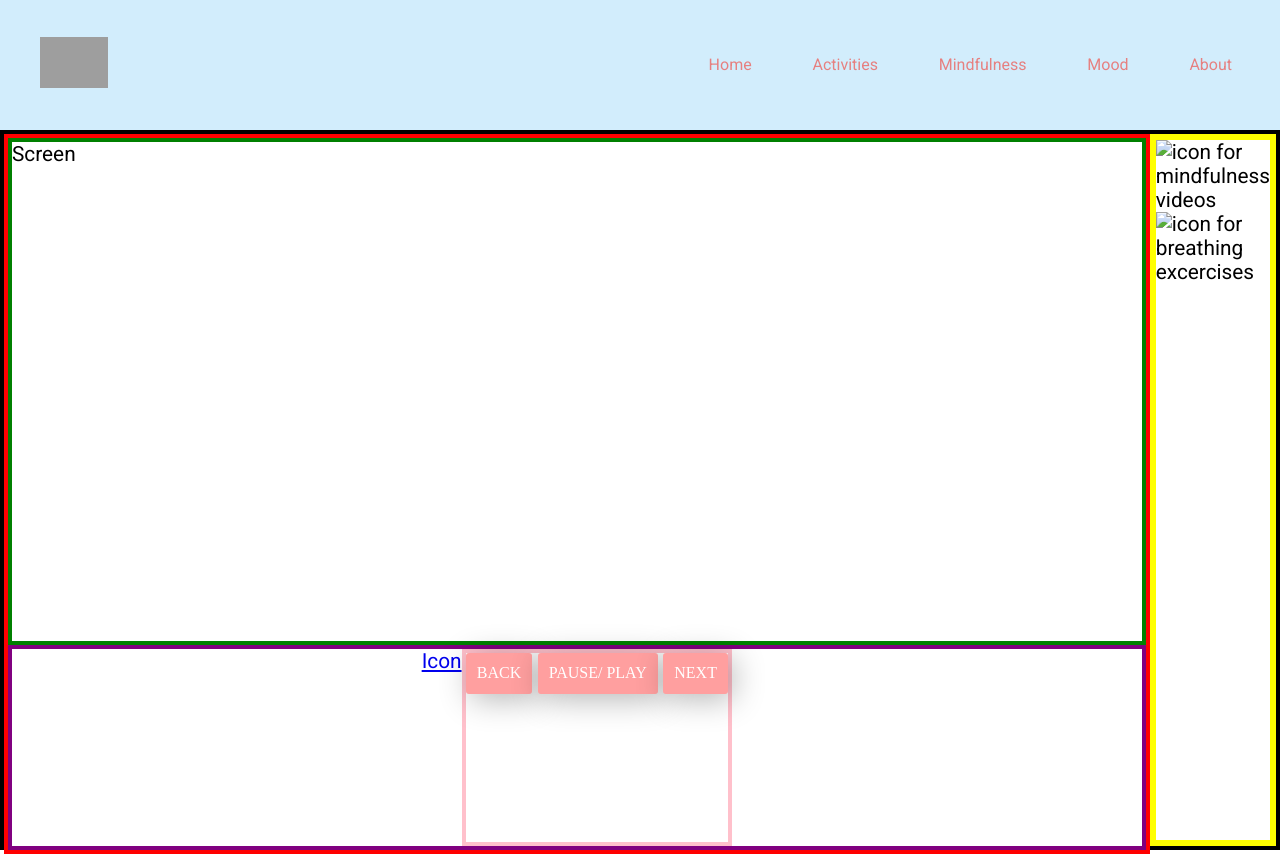
Repository: Nafisa-Huda/HealthierMind
Page: public/mindfulness.html
The author's editor kept a copy of each file at every save. The page is drawn from the files as they stood at one save, then again after the next save.
The browser window is 1280 px wide. The pictures show the whole page.
Pictures or frames that could not be fetched are drawn as grey boxes. Some web fonts or font styles are not loaded; a fallback is used.

Above is the page before, as saved 2022-07-16 13:35:33.

### public/mindfulness.html
<!DOCTYPE html>
<html lang="en">

<head>
    <meta charset="UTF-8">
    <meta http-equiv="X-UA-Compatible" content="IE=edge">
    <meta name="viewport" content="width=device-width, initial-scale=1.0">
    <title>HealthyMind</title>
    <link rel="preconnect" href="https://fonts.googleapis.com">
    <link rel="preconnect" href="https://fonts.gstatic.com" crossorigin>
    <link
        href="https://fonts.googleapis.com/css2?family=Caveat+Brush&family=Fredoka+One&family=Roboto&family=Source+Sans+Pro:wght@300&display=swap"
        rel="stylesheet">
    <link rel="stylesheet" href="https://unpkg.com/swiper@8/swiper-bundle.min.css" />
    <link rel="stylesheet" href="css/mindfulness.css">
</head>

<body>
    <header>
        <div class="container row">
            <a href="index.html"><img class="logo" src="https://i.ibb.co/xLGc6jC/Healthy-Mind-logo.png"
                    alt="healthy-mind-logo"></a>
            <nav class="nav">
                <ul class="nav__list">
                    <li class="nav__item"><a href="index.html" class="nav__link">Home</a></li>
                    <li class="nav__item"><a href="activities.html" class="nav__link">Activities</a></li>
                    <li class="nav__item"><a href="mindfulness.html" class="nav__link">Mindfulness</a></li>
                    <li class="nav__item"><a href="tracker.html" class="nav__link">Mood</a></li>
                    <li class="nav__item"><a href="about.html" class="nav__link">About</a></li>
                </ul>
            </nav>
        </div>
    </header>
    <section>
        <div class="container__video">
            <div class="wrapper">
                <div class="screen"> Screen </div>
                <div class="controls">
                    <span>
                        <a href="parents__info">
                            <!--icon for parents but we'll make it a modal--> Icon
                        </a>
                    </span>
                    <div class="control__panel">
                        <button class="back">back</button>
                        <button class="pauplay"> Pause/ Play </button>
                        <button class="next">Next</button>
                    </div>
                </div>
            </div>
            <div class="sidebar">
                <img src="#" alt="icon for mindfulness videos" />
                <img src="#" alt="icon for breathing excercises" />
            </div>
        </div>
    </section>
    <!-- Slider main container -->
    <!-- <section class="swiper">
    <div class="swiper-wrapper">
      <div class="swiper-slide">Slide 1</div>
      <div class="swiper-slide">Slide 2</div>
      <div class="swiper-slide">Slide 3</div>
    </div>
    <div class="swiper-pagination"></div>
    <div class="swiper-button-prev"></div>
    <div class="swiper-button-next"></div>
</section> -->

    <script src="https://unpkg.com/swiper@8/swiper-bundle.min.js"></script>
    <script src="js/mindfulness.js"></script>
</body>

</html>

### public/css/mindfulness.css
*,
*::before,
*::after {
  box-sizing: border-box;
  margin: 0;
  padding: 0;
}

body {
  max-width: 100%;
  font-family: "Roboto", sans-serif;
  font-size: 1.3rem;
  overflow:hidden;
}
html {
  scroll-behavior: smooth;
  scroll-padding-top: (--scroll-padding, 100px);
}

/*scrollbar*/
::-webkit-scrollbar {
  width: 0.7em;
}
::-webkit-scrollbar-track {
  background: antiquewhite;
}
::-webkit-scrollbar-thumb {
  background: linear-gradient(10deg, #69488a, #f18d8d);
}

header{
  background-color: #d2edfc;
  height: 3%;
}
.container {
  width: 100vw;
  height: 18vh;
  margin: 0 auto;
}
.main {
  height: 100vh;
}

.hero {
  display: flex;
  background-color: #d2edfc;
}
.hero h1 {
  font-family: caveat brush;
  text-align: center;
  margin-top: 0%;
  font-size: 3em;
}

.hero p {
  padding: 0 0.5em;
  margin-top: 0;
  text-align: center;
}

  .hero__text{
    width: 50%;
    margin: 8rem 0 4rem 2rem;
    display: flex;
    flex-direction: column;
    align-items: center;
    justify-content: flex-start;
  }

.row {
  display: flex;
  justify-content: space-between;
  align-items: center;
  width: 100%;
}

.logo {
  width: 15%;
  height: 100%;
  margin-left: 2.5rem;
  margin-right: 1rem;
}

.nav {
    display: flex;
    justify-content: space-between;
    align-items: center;
    max-width: 100%;
}

.nav__list {
  margin: 0;
  list-style: none;
  display: flex;
  align-items: center;
  font-size: 2rem;
}

.nav__item {
  display: flex;
  flex-direction: row;
  padding: 0.8rem;
  padding-right: 3rem;
  /* padding-right: 9rem; */
}
.nav__link {
  text-decoration: none;
  font-size: initial;
  font-weight: 200;
  color: #e68080;
}

.nav__link--button {
  padding: 0.25em 1em;
}

.nav__link:hover {
  opacity: 0.75;
}

.swiper {
    width:60vw;
    height: 70vh;
    margin: 0 auto;
    margin-top: 2rem;
    background-color: rgb(244, 244, 141);
    border-radius: 2rem;
  }
.container__video{
  border: 0.3rem solid black;
  height: 100vh;
  display: flex;
  flex-direction: row;
  width: 100%;
}
.wrapper{
  border: 0.3rem solid red;
  height: 100vh;
  width: 100%;
  display: flex;
  flex-direction: column;
}
.screen{
  border: 0.3rem solid green;
  width: 100%;
  height: 100%;
}
.sidebar{
  border: 0.4rem solid yellow;
  width: 10%;
  display: flex;
  flex-direction: column;
}
.controls{
  border: 0.3rem solid purple;
  width: 100%;
  height: 40%;
  display: flex;
  justify-content: center;
  flex

}
.control__panel{
  border: 0.3rem solid pink;
}
.back,.next,.pauplay{
  background: none;
  border-radius: 0.75rem;
  padding: 0.7rem;
  font-family: caveat brush;
  text-transform: uppercase;
  background: #ff9f9f;
  color: #fff;
  font-size: medium;
  border: none;
  border-radius: 3px;
  cursor: pointer;
  box-shadow:  0.3rem 0.3rem 2rem rgb(0 0 0 / 30%);
  }

  .btn:hover{
    background:#f99292;
  }
}

Loaded but not shown: public/mindfulness.js (common file)

After the next save:
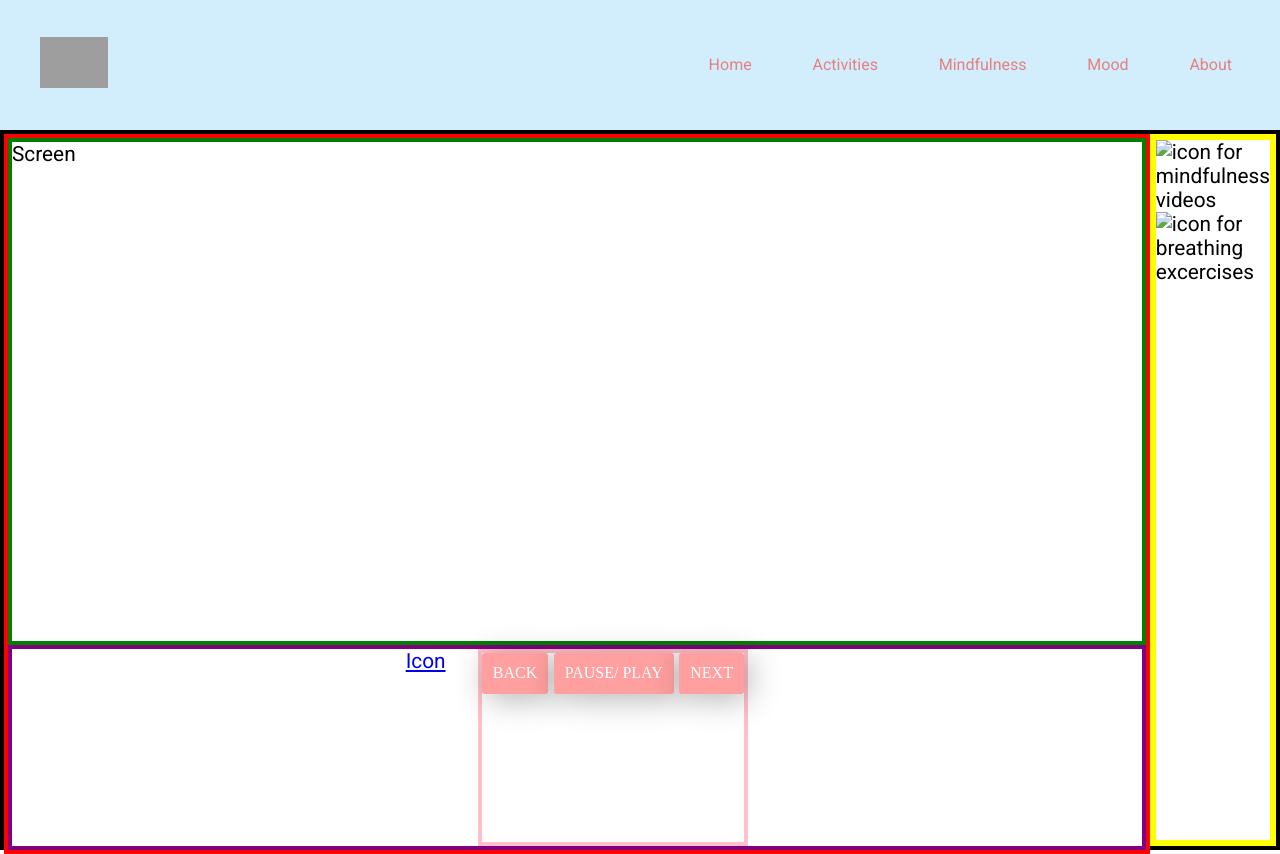
Saved 6 s later.
--- a/public/css/mindfulness.css
+++ b/public/css/mindfulness.css
@@ -157,7 +157,7 @@
   height: 40%;
   display: flex;
   justify-content: center;
-  flex
+  gap: 2rem;
 
 }
 .control__panel{

After the 2 saves that followed:
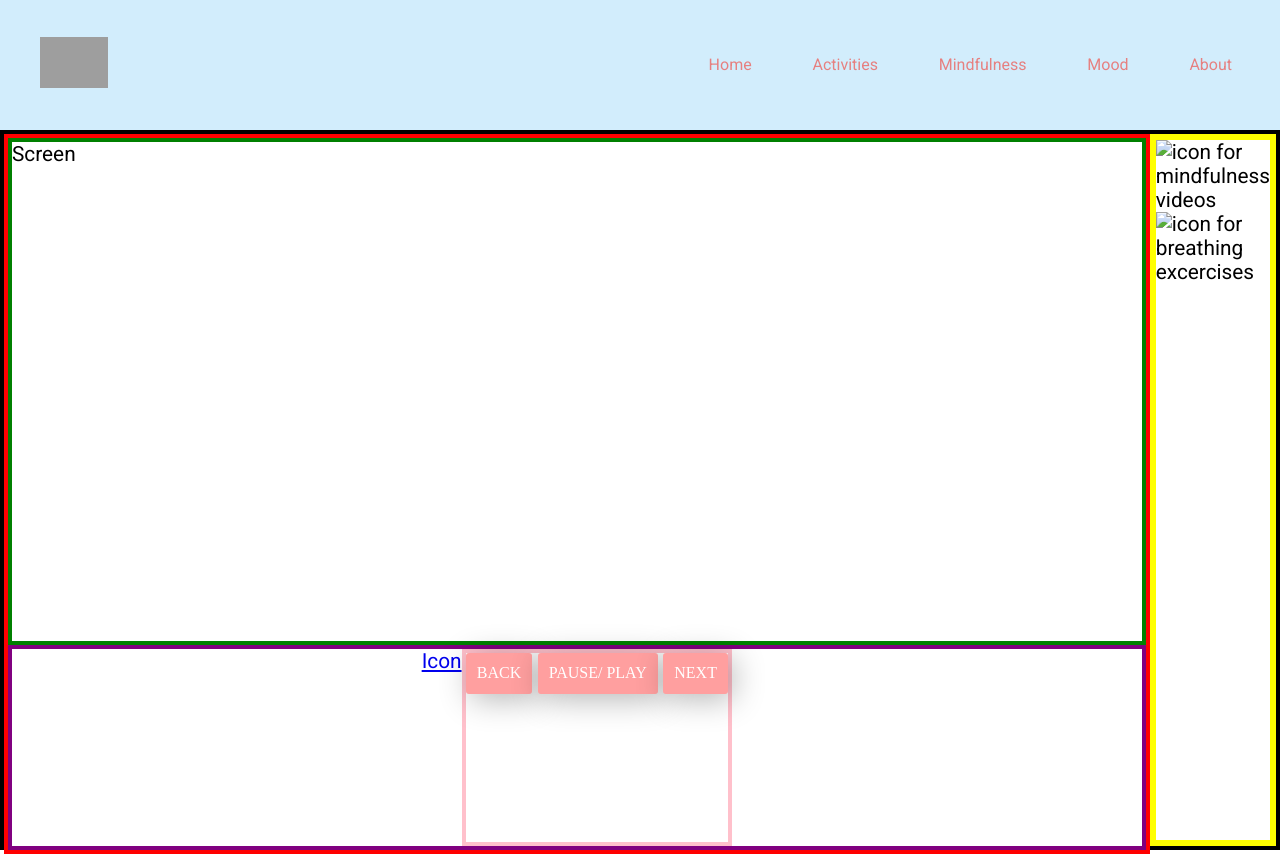
The 2 saves are shown as one change because they came seconds apart.
The last was saved 8 s later.
--- a/public/css/mindfulness.css
+++ b/public/css/mindfulness.css
@@ -157,8 +157,6 @@
   height: 40%;
   display: flex;
   justify-content: center;
-  gap: 2rem;
-
 }
 .control__panel{
   border: 0.3rem solid pink;
